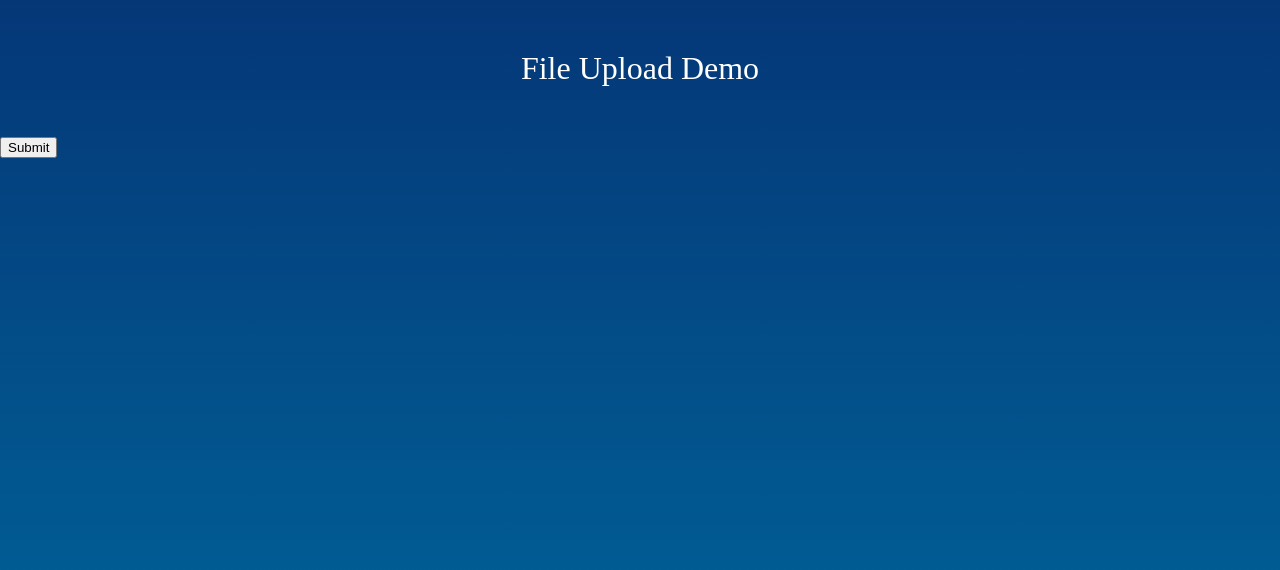
Repository: rakeshgowdan/Servlets-Jsp
Page: http://localhost/FileUploadDemo/
These files come from the project's save history. The page is drawn as it stood at one moment and after the next save; the edit follows.
The browser window is 1280 px wide. The pictures show the whole page.
The page is served by Tomcat 9. Other server files are loaded and not shown.

Above is the page before, as saved 2019-02-04 15:45:51.

### FileUploadDemo/src/main/webapp/index.jsp
<html>
<body>
<head>
<h1>File Upload Demo</h1>
<style>
input[type=file] {
    position: absolute;
    width: 100%;
    height: 100%;
    top: 0;
    left: 0;
    right: 0;
    bottom: 0;
    opacity: 0;
    cursor: pointer;
  }
   input[type=file]:focus + .file-dummy {
    outline: 2px solid rgba(255,255,255,0.5);
    outline: -webkit-focus-ring-color auto 5px;
  }

  input[type=file]:valid + .file-dummy {
    border-color: rgba(0,255,0,0.4);
    background-color: rgba(0,255,0,0.3);

    .success {
      display: inline-block;
    }
    .default {
      display: none;
    }
  }
}









/* ===================== BASIC STYLING ===================== */

* {
  box-sizing: border-box;
  font-family: 'Lato', sans-serif;
}

html,
body {
  margin: 0;
  padding: 0;
  font-weight: 300;
  height: 100%;
  background: #053777;
  color: #fff;
  font-size: 16px;
  overflow: hidden;
  background: -moz-linear-gradient(top, #053777 0%, #00659b 100%);
  /* FF3.6+ */

  background: -webkit-gradient(linear, left top, left bottom, color-stop(0%, #053777), color-stop(100%, #00659b));
  /* Chrome,Safari4+ */

  background: -webkit-linear-gradient(top, #053777 0%, #00659b 100%);
  /* Chrome10+,Safari5.1+ */

  background: -o-linear-gradient(top, #053777 0%, #00659b 100%);
  /* Opera 11.10+ */

  background: -ms-linear-gradient(top, #053777 0%, #00659b 100%);
  /* IE10+ */

  background: linear-gradient(to bottom, #053777 0%, #00659b 100%);
  /* W3C */

}

h1 {
  text-align: center;
  margin: 50px auto;
  font-weight: 100;
}
}

}

</style>
</head>
<form action="Upload" method="post" enctype="multipart/form-data">

  <input type="file" name="file" multiple/>
  <input type="submit">


</form>
</body>
</html>

After the next save:
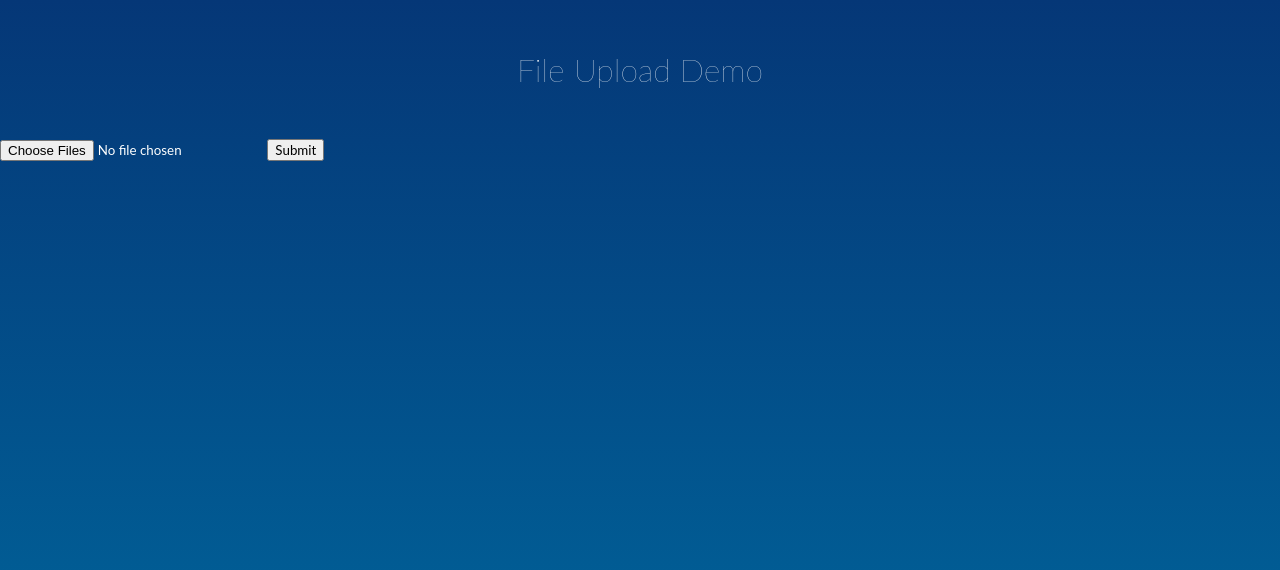
Saved 78 s later.
--- a/FileUploadDemo/src/main/webapp/index.jsp
+++ b/FileUploadDemo/src/main/webapp/index.jsp
@@ -3,95 +3,48 @@
 <head>
 <h1>File Upload Demo</h1>
 <style>
-input[type=file] {
-    position: absolute;
-    width: 100%;
-    height: 100%;
-    top: 0;
-    left: 0;
-    right: 0;
-    bottom: 0;
-    opacity: 0;
-    cursor: pointer;
-  }
-   input[type=file]:focus + .file-dummy {
-    outline: 2px solid rgba(255,255,255,0.5);
-    outline: -webkit-focus-ring-color auto 5px;
-  }
-
-  input[type=file]:valid + .file-dummy {
-    border-color: rgba(0,255,0,0.4);
-    background-color: rgba(0,255,0,0.3);
-
-    .success {
-      display: inline-block;
-    }
-    .default {
-      display: none;
-    }
-  }
+/* ===================== BASIC STYLING ===================== */
+* {
+	box-sizing: border-box;
+	font-family: 'Lato', sans-serif;
 }
 
-
-
-
-
-
-
-
-
-/* ===================== BASIC STYLING ===================== */
-
-* {
-  box-sizing: border-box;
-  font-family: 'Lato', sans-serif;
-}
-
-html,
-body {
-  margin: 0;
-  padding: 0;
-  font-weight: 300;
-  height: 100%;
-  background: #053777;
-  color: #fff;
-  font-size: 16px;
-  overflow: hidden;
-  background: -moz-linear-gradient(top, #053777 0%, #00659b 100%);
-  /* FF3.6+ */
-
-  background: -webkit-gradient(linear, left top, left bottom, color-stop(0%, #053777), color-stop(100%, #00659b));
-  /* Chrome,Safari4+ */
-
-  background: -webkit-linear-gradient(top, #053777 0%, #00659b 100%);
-  /* Chrome10+,Safari5.1+ */
-
-  background: -o-linear-gradient(top, #053777 0%, #00659b 100%);
-  /* Opera 11.10+ */
-
-  background: -ms-linear-gradient(top, #053777 0%, #00659b 100%);
-  /* IE10+ */
-
-  background: linear-gradient(to bottom, #053777 0%, #00659b 100%);
-  /* W3C */
-
+html, body {
+	margin: 0;
+	padding: 0;
+	font-weight: 300;
+	height: 100%;
+	background: #053777;
+	color: #fff;
+	font-size: 16px;
+	overflow: hidden;
+	background: -moz-linear-gradient(top, #053777 0%, #00659b 100%);
+	/* FF3.6+ */
+	background: -webkit-gradient(linear, left top, left bottom, color-stop(0%, #053777),
+		color-stop(100%, #00659b));
+	/* Chrome,Safari4+ */
+	background: -webkit-linear-gradient(top, #053777 0%, #00659b 100%);
+	/* Chrome10+,Safari5.1+ */
+	background: -o-linear-gradient(top, #053777 0%, #00659b 100%);
+	/* Opera 11.10+ */
+	background: -ms-linear-gradient(top, #053777 0%, #00659b 100%);
+	/* IE10+ */
+	background: linear-gradient(to bottom, #053777 0%, #00659b 100%);
+	/* W3C */
 }
 
 h1 {
-  text-align: center;
-  margin: 50px auto;
-  font-weight: 100;
+	text-align: center;
+	margin: 50px auto;
+	font-weight: 100;
 }
 }
-
 }
-
 </style>
 </head>
 <form action="Upload" method="post" enctype="multipart/form-data">
 
-  <input type="file" name="file" multiple/>
-  <input type="submit">
+	<input type="file" name="file" multiple /> <input type="submit">
 
 
 </form>
